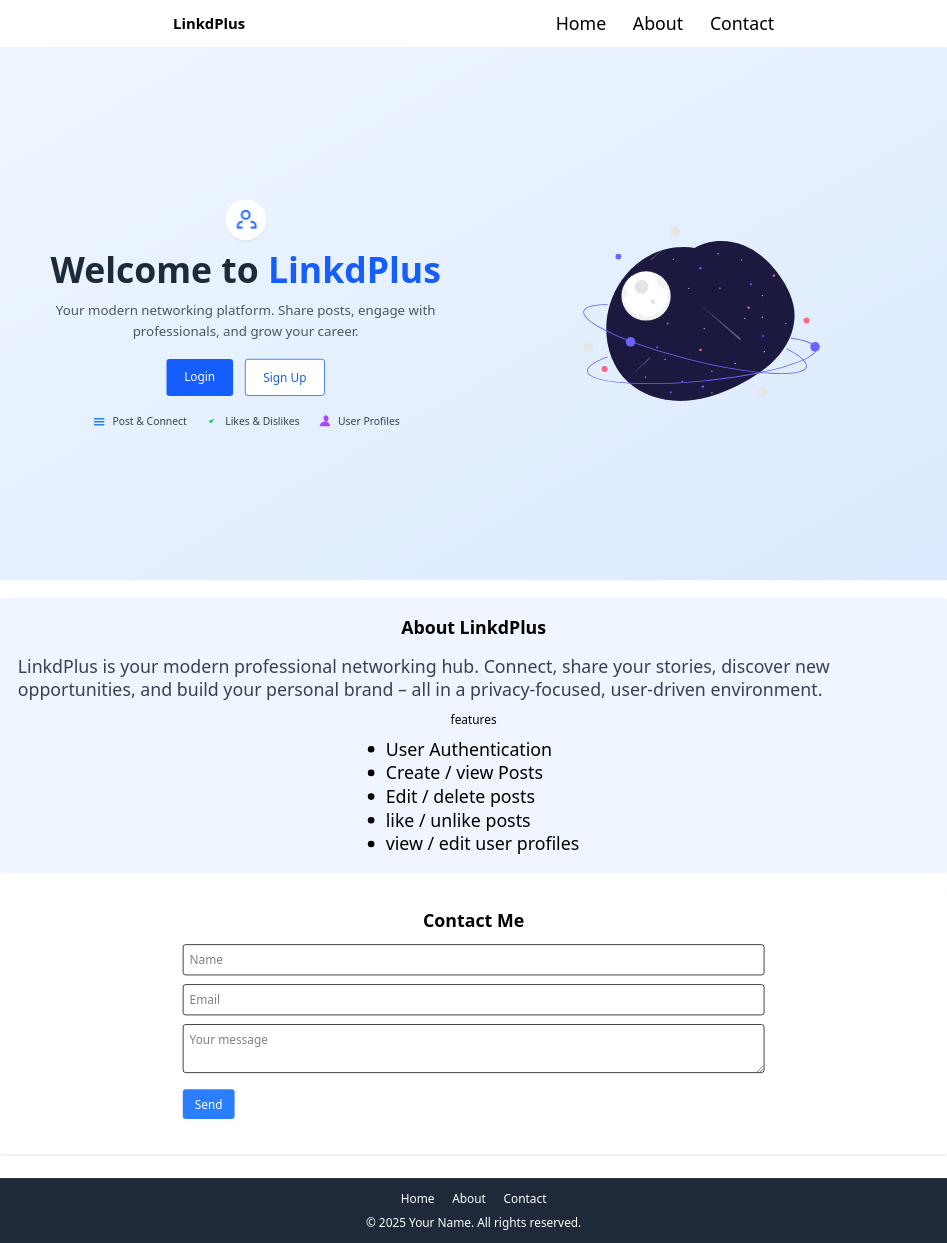
Repository: Tushal27/LinkdPlus-Frontend
Page: /
The author's editor kept a copy of each file at every save. The page is drawn from the files as they stood at one save, then again after the next save.
The browser window is 1280 px wide. The pictures show the whole page, at 74% of full size.
The project was rebuilt for these pictures with package versions that can differ from the ones it lists, and the page was loaded fresh each time. Also part of the build but not shown: vite.config.js, src/pages/Login.jsx, src/pages/Register.jsx, src/pages/Profile.jsx, src/components/CommentsDrawer.jsx, src/pages/Posts.jsx, src/pages/EditProfile.jsx. Imported but missing from the stored project, and not drawn on this page: src/components/PostCard, src/pages/Layout.

Above is the page before, as saved 2025-08-04 03:25:14.

### src/main.jsx
import { createRoot } from 'react-dom/client'
import AuthProvider from './context/AuthProvider'
import { BrowserRouter } from'react-router-dom'
import './index.css'
import App from './App.jsx'

createRoot(document.getElementById('root')).render(
    <BrowserRouter>
      <AuthProvider>
        <App />
      </AuthProvider>
    </BrowserRouter>
)

### src/context/AuthProvider.jsx
import { useEffect, useState } from "react";
import jwtDecode from "jwt-decode";
import api from "../api/axios";
import AuthContext from "./AuthContext";

export default function AuthProvider({ children }) {
  const [user, setUser] = useState(null);

  const Login = async (email, password) => {
    try {
      const res = await api.post("/login/", { email, password });
      localStorage.setItem("access", res.data.access);
      localStorage.setItem("refresh", res.data.refresh);
      setUser({ email });
      return true;
    } catch (err) {
      console.log(err);
      return false;
    }
  };

  const Register = async (email, password, re_password, first_name, last_name) => {
    try {
      await api.post("/register/", { email, password, re_password, first_name, last_name });
      await Login(email, password); // Auto login
      return true;
    } catch (err) {
      return err.response?.data || { detail: "Something went wrong" };
    }
  };

  const Logout = () => {
    localStorage.removeItem("access");
    localStorage.removeItem("refresh");
    setUser(null);
  };

  // 🔹 Auto Refresh Token Function
  const refreshAccessToken = async () => {
    try {
      const refresh = localStorage.getItem("refresh");
      if (!refresh) return Logout();

      const res = await api.post("/token/refresh/", { refresh });
      localStorage.setItem("access", res.data.access);
    } catch (err) {
      console.log("Failed to refresh token:", err);
      Logout();
    }
  };

  // 🔹 Check every 4 minutes (or before expiry)
  useEffect(() => {
    const interval = setInterval(() => {
      const access = localStorage.getItem("access");
      if (!access) return;

      try {
        const decoded = jwtDecode(access);
        if (decoded.exp * 1000 < Date.now() + 60000) {
          refreshAccessToken();
        }
      } catch {
        refreshAccessToken();
      }
    }, 4 * 60 * 1000); // every 4 mins

    return () => clearInterval(interval);
  }, []);

  return (
    <AuthContext.Provider value={{ user, Login, Register, Logout }}>
      {children}
    </AuthContext.Provider>
  );
}

### src/index.css
@import  "tailwindcss";

.bg-gradient{
   @apply bg-gradient-to-r from-blue-500 via-purple-500 to-pink-500;
}
.input-box{
    @apply w-full p-2 border mb-3 rounded;
}
.flex-center{
    @apply flex justify-center items-center;
}
.button-main{
    @apply text-white rounded-md ring text-2xl px-2 mx-2 focus:ring-blue-500;
}
.h1-main{
    @apply text-2xl sm:text-4xl  md:text-5xl lg:text-7xl
}

### src/App.jsx
import { Routes,Route } from "react-router-dom";
import Login from "./pages/Login";
import Register from "./pages/Register";
import HomePage from "./pages/HomePage";
import Profile from "./pages/Profile";
import Posts from "./pages/Posts";
import EditProfile from "./pages/EditProfile";
export default function App() {
  return (
      <Routes>
        <Route path="/" element={ <HomePage />}/>
        <Route path="/login" element={<Login/>} />
        <Route path="/Register" element={<Register/>} />
        <Route path="/Posts" element={<Posts/>} />
        <Route path="/Profile" element={<Profile/>} />
        <Route path="/Edit-Profile" element={<EditProfile/>} />

      </Routes>
  );
}

### src/api/axios.js
import axios from "axios";

const api = axios.create({
    baseURL: 'http://127.0.0.1:8000/api',
});

api.interceptors.request.use(
    (config) =>{
        const token = localStorage.getItem("access");
        console.log(token);
        if (token) {
            config.headers.Authorization = `Bearer ${token}`;
        }
        return config;
    },
    (error) => Promise.reject(error)
);

export default api;

### src/context/authcontext.js
import { createContext } from "react";
export const AuthContext = createContext();

export default AuthContext;

### src/pages/HomePage.jsx
import image from "./undraw_stars_5pgw.svg";
import axios from '../api/axios';
import { useState } from "react";
export default function HomePage() {
    const [email, setEmail] = useState('');
    const [text, setText] = useState('');
    const [name, setName] = useState('');
    const [error, setError] = useState('');
    const [message, setMessage] = useState('');

    const SubmitContactForm = async (name, email, text) => {
        try {
            await axios.post('/contactme/', { name, email, text });
            setMessage('Thank you for your message! We will get back to you as soon as possible.');
            return true;
        } catch (error) {
            setError(error.response.data.message);
        }
    };
    const SubmitContact  = (e) => {
        e.preventDefault();
        if (name && email && text) {
           const setMessage= SubmitContactForm(name, email, text);
           if (!setMessage){
            setError('Message not sent check your internet connection or try again');
        }
        } else {
            setError('All fields are required');
        }
    }
    return (<>
        <nav className="bg-white shadow-md px-6 py-4 flex lg:text-2xl  justify-around items-center">
        <div className="font-bold text-xl">LinkdPlus</div>
        <div className="space-x-6 hidden gap-3 md:flex">
            <a href="#home" className="hover:text-blue-600">Home</a>
            <a href="#about" className="hover:text-blue-600">About</a>
            <a href="#contact" className="hover:text-blue-600">Contact</a>
        </div>
        </nav>
        <section
            id="home"
            className="relative min-h-screen flex flex-col md:flex-row items-center justify-evenly px-6 py-16 bg-gradient-to-br from-blue-50 to-blue-100 overflow-hidden"
            >

            <div className="absolute left-0 top-0 w-72 h-72 bg-blue-200 opacity-30 rounded-full blur-3xl -z-10"></div>
            <div className="absolute right-0 bottom-0 w-80 h-80 bg-purple-300 opacity-20 rounded-full blur-3xl -z-10"></div>


            <div className="w-full md:w-1/2 text-center md:text-left">
                <div className="flex justify-center  mb-4">
                <div className="bg-white p-3 rounded-full shadow animate-pulse">
                    <svg
                    className="w-8 h-8 text-blue-600"
                    fill="none"
                    stroke="currentColor"
                    strokeWidth={2}
                    viewBox="0 0 24 24"
                    >
                    <path d="M17 20h5v-2a4 4 0 0 0-5-3.87" />
                    <path d="M9 20H4v-2a4 4 0 0 1 5-3.87" />
                    <circle cx="12" cy="7" r="4" />
                    </svg>
                </div>
                </div>

                <h1 className="text-4xl md:text-5xl text-center font-bold text-gray-800 mb-4">
                Welcome to <span className="text-blue-600">LinkdPlus</span>
                </h1>
                <p className="text-lg text-center text-gray-600 mb-6">
                Your modern networking platform. Share posts, engage with professionals, and grow your career.
                </p>
                <div className="flex flex-col sm:flex-row justify-center  gap-4 mb-6">
                <a
                    href="/login"
                    className="bg-blue-600 text-white px-6 py-3 rounded hover:bg-blue-700 transition"
                >
                    Login
                </a>
                <a
                    href="/register"
                    className="bg-white text-blue-600 border border-blue-600 px-6 py-3 rounded hover:bg-blue-50 transition"
                >
                    Sign Up
                </a>
                </div>
                <div className="flex flex-wrap gap-6 justify-center  text-gray-700 text-sm mt-4">
                <div className="flex items-center gap-2">
                    <svg className="w-5 h-5 text-blue-500" fill="currentColor" viewBox="0 0 20 20">
                    <path d="M17 8H3V6h14v2zm0 4H3v-2h14v2zm0 4H3v-2h14v2z" />
                    </svg>
                    Post & Connect
                </div>
                <div className="flex items-center gap-2">
                    <svg className="w-5 h-5 text-green-500" fill="currentColor" viewBox="0 0 20 20">
                    <path d="M6 10l3 3L14 7" />
                    </svg>
                    Likes & Dislikes
                </div>
                <div className="flex items-center gap-2">
                    <svg className="w-5 h-5 text-purple-500" fill="currentColor" viewBox="0 0 20 20">
                    <path d="M10 2a5 5 0 0 1 5 5c0 1.657-.895 3.1-2.24 3.88A7.001 7.001 0 0 1 17 17H3a7.001 7.001 0 0 1 9.24-6.12A4.981 4.981 0 0 1 10 2z" />
                    </svg>
                    User Profiles
                </div>
                </div>
            </div>
            <div className="w-full md:w-1/2 mt-10 md:mt-0 flex justify-center lg:h-100">
                <img
                src={image}
                alt="Networking illustration"
                className="w-80 max-w-full"
                />
            </div>
        </section>
        <section id="about" className="bg-blue-50 gap-3 rounded p-6 mt-6 flex-center flex-col">
            <h2 className="text-2xl font-bold mb-2">About LinkdPlus</h2>
            <p className="text-gray-700  md:text-2xl">
                LinkdPlus is your modern professional networking hub. Connect, share your stories, discover new opportunities, and build your personal brand – all in a privacy-focused, user-driven environment.
            </p>
            <h2> features
            </h2>
            <ul className="list-disc md:text-2xl pl-6">
                <li>
                    User Authentication
                </li>
                <li>
                    Create / view Posts
                </li>
                <li>
                    Edit / delete posts
                </li>
                <li>
                    like / unlike posts
                </li>
                <li>
                    view / edit user profiles
                </li>
            </ul>
        </section>
    <section id="contact" className="bg-white  flex-center flex-col gap-2 rounded p-6 mt-6 shadow">
        <h2 className="text-2xl font-bold mb-2">Contact Me</h2>
        <form className="space-y-4 ">
            <input type="text" className="input-box" placeholder="Name" onChange={(e) => setName(e.target.value)} required />
            <input type="email" className="input-box" placeholder="Email" onChange={(e) => setEmail(e.target.value)} required />
            <textarea className="w-full border rounded p-2" placeholder="Your message" onChange={(e) => setText(e.target.value)} />
            {message &&  <p className="text-blue-400">{message}</p>  }
            {error &&  <p className="text-red-500">{error}</p>  }
            <button onClick = {SubmitContact} className="bg-blue-500 text-white px-4 py-2 rounded">Send</button>
        </form>
        <div className="flex space-x-4 mt-4">
        </div>
    </section>
    <footer className="bg-gray-800 text-white mt-8 py-4 text-center">
        <div className="flex justify-center space-x-6 mb-2">
            <a href="#home" className="hover:underline">Home</a>
            <a href="#about" className="hover:underline">About</a>
            <a href="#contact" className="hover:underline">Contact</a>
        </div>
        <div>© 2025 Your Name. All rights reserved.</div>
    </footer>
</>
)}

Loaded but not shown: index.html (common file)

After the next save:
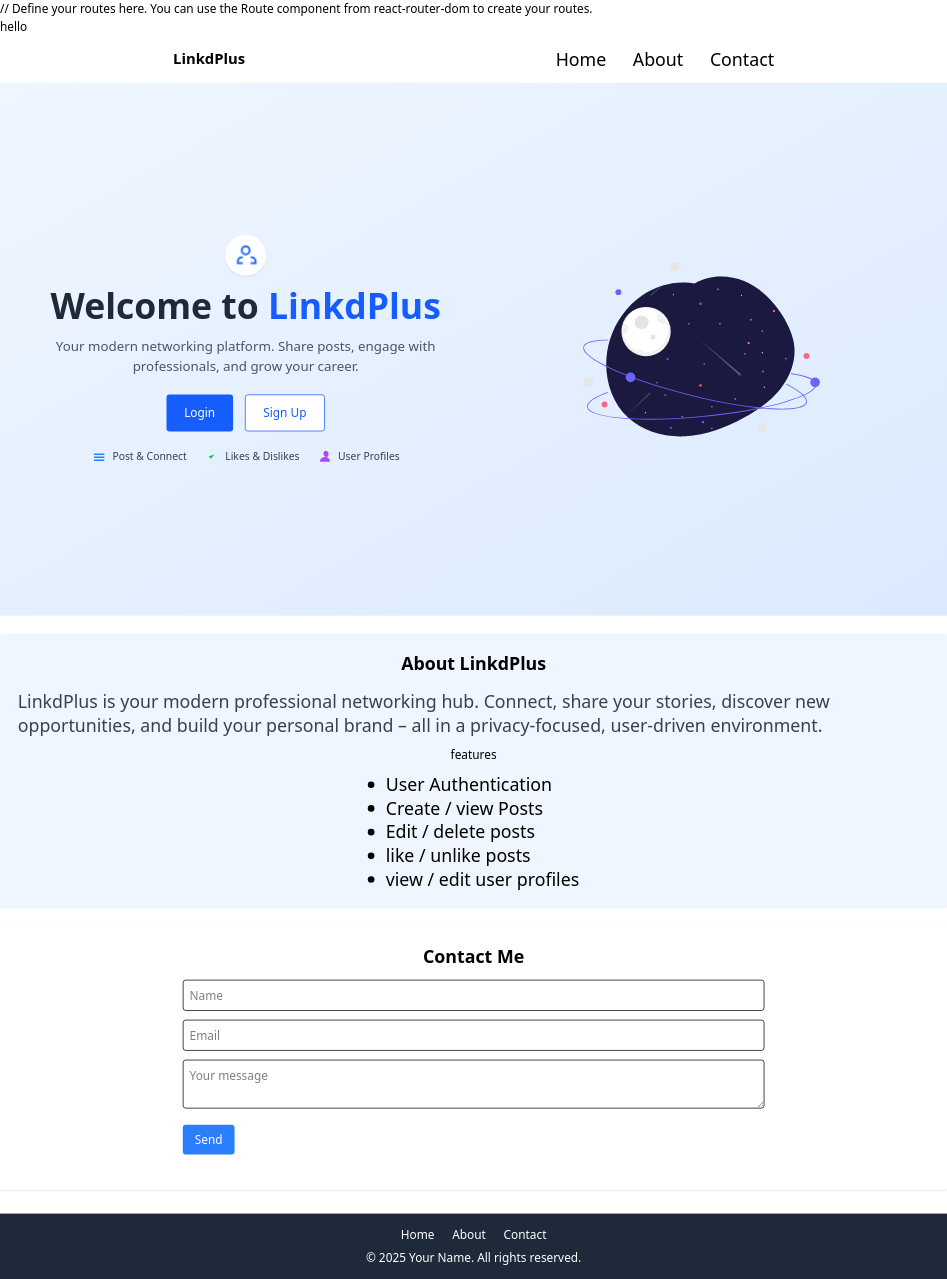
Saved 97 s later.
--- a/src/App.jsx
+++ b/src/App.jsx
@@ -6,7 +6,9 @@ import Profile from "./pages/Profile";
 import Posts from "./pages/Posts";
 import EditProfile from "./pages/EditProfile";
 export default function App() {
-  return (
+  return (<>
+      // Define your routes here. You can use the Route component from react-router-dom to create your routes.
+      <h1>hello</h1>
       <Routes>
         <Route path="/" element={ <HomePage />}/>
         <Route path="/login" element={<Login/>} />
@@ -16,5 +18,6 @@ export default function App() {
         <Route path="/Edit-Profile" element={<EditProfile/>} />
 
       </Routes>
+      </>
   );
 }
